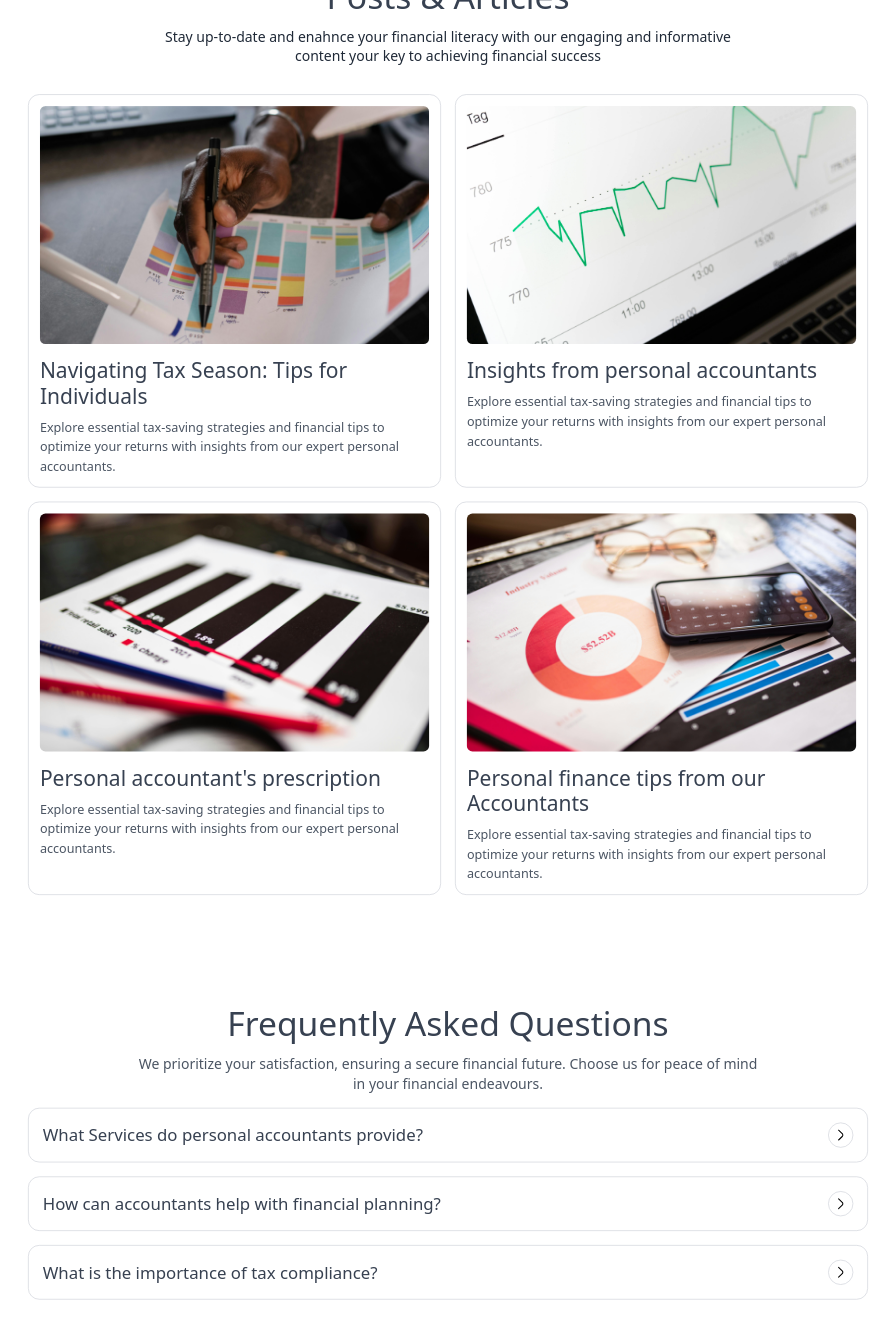
Repository: vespersolutionspk18/integrast-website
Page: /
These files come from the project's save history. The page is drawn as it stood at one moment and after the next save; the edit follows.
The browser window is 1280 px wide. The pictures show the part of the page from y = 1952 to 3872 px (the page is 3848 px tall before and 3872 px after), at 70% of full size.
The project was rebuilt for these pictures with package versions that can differ from the ones it lists, and the page was loaded fresh each time. The framework's server and built-in components were replaced by stand-ins that run in the browser. Also part of the build but not shown: next.config.ts.

Above is the page before, as saved 2024-12-12 14:36:05.

### app/layout.tsx
import type { Metadata } from "next";
import localFont from "next/font/local";
import "./globals.css";

const geistSans = localFont({
  src: "./fonts/GeistVF.woff",
  variable: "--font-geist-sans",
  weight: "100 900",
});
const geistMono = localFont({
  src: "./fonts/GeistMonoVF.woff",
  variable: "--font-geist-mono",
  weight: "100 900",
});

export const metadata: Metadata = {
  title: "Integra Strategy",
  description: "-",
};

export default function RootLayout({
  children,
}: Readonly<{
  children: React.ReactNode;
}>) {
  return (
    <html lang="en">
      <body
        className={`${geistSans.variable} ${geistMono.variable} antialiased`}
      >
        {children}
      </body>
    </html>
  );
}

### app/page.tsx
import Image from "next/image";
import Header from "./Header";
import Hero from "./Hero";
import Services from "./Services";
import Postsart from "./Postsart";
import Faqsection from "./Faqsection";

export default function Home() {
  return (
    <div>
      <Header />
      <Hero />
      <Services />
      <Postsart />
      <Faqsection />
    </div>
  );
}

### app/Hero.tsx
import React from 'react'
import ButtonArrowwhite from "@/public/assets/buttonarrowwhite.svg";
import ButtonArrow from "@/public/assets/buttonarrow.svg";
const Hero = () => {
  return (
    <div className="flex flex-col p-10 ">
        <div className="flex flex-row mt-24 h-[190px] gap-5 ">
            <div className="w-[55%] flex flex-col">
                <h1 className="font-light font-sans text-6xl text-gray-600">Unlock Prosperity, <span className="text-gray-800">Choose Expert Guidance</span></h1>
                <h4 className="text-xl font-sans font-light text-gray-900 mt-6">Embark on a transformative journey to financial prosperity with our personalized accountancy services</h4>
            </div>
            <div className="w-[45%] flex flex-col justify-between ">
                <h4 className="text-xl text-justify font-light font-sans text-gray-900">Unlock tailored strategies, benefit from insightful guidances, and follow a clear pathway to achieve your financial success. Elevate your financial journey with our dedicated support and expertise. Contact us today to start your journey towards financial freedom.</h4>
                <div className="flex flex-row gap-5 pt-10">
                <div>
                <div id="button"
  className="group  bg-white h-[44px] flex-row border-[1px] border-gray-700 text-gray-900 text-[16px] py-1 px-1 font-light rounded-full hidden md:flex items-center justify-between w-[170px] transition-width duration-500 ease-in-out  hover:w-[195px] hover:bg-gray-700 hover:border-gray-700 hover:text-white hover:cursor-pointer "

>
  <div className="mx-3 font-sans font-regular">Get In Touch</div>
  <div className="bg-gray-700 rounded-full h-[36px] w-[36px] flex items-center justify-center transition-transform duration-500 ease-in-out group-hover:rotate-45">
    <ButtonArrowwhite className="h-[24px] w-[24px]" />
  </div>
            </div>
                </div>
                <div>
                <div id="button"
  className="group  bg-gray-700 h-[44px] flex-row border-[1px] border-gray-700 text-white text-[16px] py-1 px-1 font-light rounded-full hidden md:flex items-center justify-between w-[170px] transition-width duration-500 ease-in-out  hover:w-[195px] hover:bg-white hover:border-gray-700 hover:text-gray-700 hover:cursor-pointer "

>
  <div className="mx-3 font-sans font-regular">Get a Quote</div>
  <div className="bg-white rounded-full h-[36px] w-[36px] flex items-center justify-center transition-transform duration-500 ease-in-out group-hover:rotate-45 group-hover:border-[1px] group-hover:border-gray-700">
    <ButtonArrow className="h-[24px] w-[24px]" />
  </div>
            </div>
                </div>

                </div>
            </div>
        </div>


        <div className="flex flex-row h-[380px] gap-4 mt-16">
            <div className="w-[70%] transition-all duration-500 ease-in-out hover:w-[90%] rounded-2xl bg-cover bg-center" style={{backgroundImage: `url('/assets/heroimage3.jpg')`}}></div>
            <div className="w-[30%] transition-all duration-500 ease-in-out hover:w-[40%] flex flex-col justify-between ">
                <div className="w-full h-full rounded-2xl bg-cover bg-center" style={{backgroundImage: `url('/assets/heroimage4.jpg')`}}></div>
                <h5 className="font-sans text-gray-900 text-justify text-xl mt-3  font-light">Tailored solutions, expert guidance, and strategic planning to secure your wealth and achieve your financial goals seamlessly</h5>
            </div>
        </div>
    </div>
  )
}

export default Hero

### app/Services.tsx
import React from 'react'
import ButtonArrowwhite from "@/public/assets/buttonarrowwhite.svg";
import ButtonArrow from "@/public/assets/buttonarrow.svg";
const Services = () => {
  return (
    <div className="flex flex-col p-10 mt-16 items-center ">
        <div className="flex flex-row items-start justify-start ">
            <div className="w-1/2 font-sans font-light text-5xl text-gray-700">We collaborate across diverse industry landscapes</div>
            <div className="w-1/2 font-sans text-gray-900 text-justify text-xl  font-light">Our commitment to fostering dynamic collaboration allows to navigate the unique challenges and intricacies of various sectors. Our versatile approach ensures tailored solutions that resonate with the distinct needs of each industry.</div>
        </div>
        <div className="flex flex-row gap-5 mt-16">
            <div className="rounded-2xl w-1/3 h-[540px] bg-cover bg-center flex items-end  " style={{backgroundImage: `url('/assets/audit.jpg')`}}>
            <div className="group">
  <div className="bg-white m-4  rounded-[12px] flex flex-col relative transition-all duration-500 ease-in-out hover:pb-[120px] min-h-[180px]">
    <h5 className="ml-5 mt-5 mr-5 mb-5 font-sans text-3xl text-gray-700 font-light">
      Accounting & Finance
    </h5>
    <p className="ml-5 mr-5 mb-5 text-justify font-sans font-light text-xl text-gray-600">
      We are committed to serving the public interest by providing objective assurance over data on which investors rely.
    </p>
    {/* Hidden div */}
    <div className="absolute bottom-5 left-5 text-xl font-sans font-light  text-gray-600 px-4 py-2 rounded-md opacity-0 invisible transition-all duration-500 group-hover:opacity-100 group-hover:visible hover:text-black hover:cursor-pointer  hover:underline">
      Learn More
    </div>
  </div>
</div>

</div>
            <div className="rounded-2xl w-1/3 h-[540px] bg-cover bg-center flex items-end" style={{backgroundImage: `url('/assets/tax.jpg')`}}>
            <div className="group">
  <div className="bg-white m-4  rounded-[12px] flex flex-col relative transition-all duration-500 ease-in-out hover:pb-[120px] min-h-[180px]">
    <h5 className="ml-5 mt-5 mr-5 mb-5 font-sans text-3xl text-gray-700 font-light">
      Tax & Legal
    </h5>
    <p className="ml-5 mr-5 mb-5 text-justify font-sans font-light text-xl text-gray-600">
      We are committed to serving the public interest by providing objective assurance over data on which investors rely.
    </p>
    {/* Hidden div */}
    <div className="absolute bottom-5 left-5 text-xl font-sans font-light  text-gray-600 px-4 py-2 rounded-md opacity-0 invisible transition-all duration-500 group-hover:opacity-100 group-hover:visible hover:text-black hover:cursor-pointer  hover:underline">
      Learn More
    </div>
  </div>
</div>
</div>
            <div className="rounded-2xl w-1/3 h-[540px] bg-cover bg-center flex items-end" style={{backgroundImage: `url('/assets/tech.jpg')`}}>
            <div className="group">
  <div className="bg-white m-4  rounded-[12px] flex flex-col relative transition-all duration-500 ease-in-out hover:pb-[120px] min-h-[180px]">
    <h5 className="ml-5 mt-5 mr-5 mb-5 font-sans text-3xl text-gray-700 font-light">
      Technology & IT
    </h5>
    <p className="ml-5 mr-5 mb-5 text-justify font-sans font-light text-xl text-gray-600">
      We are committed to serving the public interest by providing objective assurance over data on which investors rely.
    </p>
    {/* Hidden div */}
    <div className="absolute bottom-5 left-5 text-xl font-sans font-light  text-gray-600 px-4 py-2 rounded-md opacity-0 invisible transition-all duration-500 group-hover:opacity-100 group-hover:visible hover:text-black hover:cursor-pointer  hover:underline">
      Learn More
    </div>
  </div>
</div>
</div>
        </div>
        <div className="mt-8">
                <div id="button"
  className="group  bg-white h-[44px] flex-row border-[1px] border-gray-700 text-gray-900 text-[16px] py-1 px-1 font-light rounded-full hidden md:flex items-center justify-between w-[190px] transition-width duration-500 ease-in-out hover:cursor-pointer  hover:w-[215px] hover:bg-gray-700 hover:border-gray-700 hover:text-white "

>
  <div className="mx-3 font-sans font-regular">View all Services</div>
  <div className="bg-gray-700 rounded-full h-[36px] w-[36px] flex items-center justify-center transition-transform duration-500 ease-in-out group-hover:rotate-45">
    <ButtonArrowwhite className="h-[24px] w-[24px]" />
  </div>
            </div>
                </div>
    </div>
  )
}

export default Services

### app/Postsart.tsx
import React from 'react'

const Postsart = () => {
  return (
    <div className="w-full flex flex-col p-10 items-center mt-20">
        <h2 className="text-5xl font-sans text-gray-700 font-light">Posts & Articles</h2>
        <p className="font-sans text-xl text-gray-800 font-light text-center mt-5">Stay up-to-date and enahnce your financial literacy with our engaging and informative<br></br>content your key to achieving financial success</p>
        <div className="flex flex-row mt-10 gap-5 w-full">
            <div className="hover:border-black hover:cursor-pointer flex flex-col rounded-2xl w-1/2  border-[1px] p-4 border-gray-300">
            <div className="w-full h-[340px] rounded-[8px] bg-cover bg-center" style={{backgroundImage: `url('/assets/post1.jpg')`}}></div>
            <h5 className="font-sans font-light text-3xl mt-5 text-gray-700">Navigating Tax Season: Tips for Individuals</h5>
            <p className="font-sans font-light text-gray-600 text-lg mt-3">Explore essential tax-saving strategies and financial tips to optimize your returns with insights from our expert personal accountants.</p>
            </div>
            <div className="hover:border-black hover:cursor-pointer flex flex-col rounded-2xl w-1/2  border-[1px] p-4 border-gray-300">
            <div className="w-full h-[340px] rounded-[8px] bg-cover bg-center" style={{backgroundImage: `url('/assets/post2.jpg')`}}></div>
            <h5 className="font-sans font-light text-3xl mt-5 text-gray-700">Insights from personal accountants</h5>
            <p className="font-sans font-light text-gray-600 text-lg mt-3">Explore essential tax-saving strategies and financial tips to optimize your returns with insights from our expert personal accountants.</p>
            </div>
        </div>
        <div className=" flex flex-row mt-5 gap-5 w-full">
            <div className="hover:border-black hover:cursor-pointer flex flex-col rounded-2xl w-1/2  border-[1px] p-4 border-gray-300">
            <div className="w-full h-[340px] rounded-[8px] bg-cover bg-center" style={{backgroundImage: `url('/assets/post3.jpg')`}}></div>
            <h5 className="font-sans font-light text-3xl mt-5 text-gray-700">Personal accountant's prescription</h5>
            <p className="font-sans font-light text-gray-600 text-lg mt-3">Explore essential tax-saving strategies and financial tips to optimize your returns with insights from our expert personal accountants.</p>
            </div>
            <div className="hover:border-black hover:cursor-pointer flex flex-col rounded-2xl w-1/2  border-[1px] p-4 border-gray-300">
            <div className="w-full h-[340px] rounded-[8px] bg-cover bg-center" style={{backgroundImage: `url('/assets/post4.jpg')`}}></div>
            <h5 className="font-sans font-light text-3xl mt-5 text-gray-700">Personal finance tips from our Accountants</h5>
            <p className="font-sans font-light text-gray-600 text-lg mt-3">Explore essential tax-saving strategies and financial tips to optimize your returns with insights from our expert personal accountants.</p>
            </div>
        </div>
    </div>
  )
}

export default Postsart

### app/Faqsection.tsx
"use client";
import React, { useState } from "react";
import ButtonRight from "@/public/assets/right.svg";

const Faqsection = () => {
  // Array of FAQs
  const faqs = [
    {
      question: "What Services do personal accountants provide?",
      answer:
        "Personal accountants provide a variety of services, including tax preparation, financial planning, and investment advice. They also help manage budgets, track expenses, and ensure compliance with financial regulations.",
    },
    {
      question: "How can accountants help with financial planning?",
      answer:
        "Accountants assist in creating budgets, managing investments, and developing long-term financial strategies tailored to individual needs.",
    },
    {
      question: "What is the importance of tax compliance?",
      answer:
        "Tax compliance ensures that individuals and businesses meet their legal obligations, avoiding penalties and fostering financial stability.",
    },
  ];

  // State to track which FAQ is expanded
  const [expandedIndex, setExpandedIndex] = useState(null);

  // Toggle function
  const toggleSection = (index) => {
    setExpandedIndex((prevIndex) => (prevIndex === index ? null : index));
  };

  return (
    <div className="flex flex-col p-10 items-center mt-20">
      <h2 className="font-sans font-light text-5xl text-gray-700">
        Frequently Asked Questions
      </h2>
      <p className="font-sans mt-5 font-light text-xl text-gray-600 text-center">
        We prioritize your satisfaction, ensuring a secure financial future.
        Choose us for peace of mind
        <br />
        in your financial endeavours.
      </p>
      <div className="w-full flex flex-col gap-5 mt-5">
        {faqs.map((faq, index) => (
          <div
            key={index}
            className={`border-[1px] ${
              expandedIndex === index ? "border-gray-500" : "border-gray-300"
            } rounded-2xl p-5 flex flex-col transition-all duration-500`}
          >
            <div
              onClick={() => toggleSection(index)}
              className="flex flex-row justify-between items-center cursor-pointer"
            >
              <h5 className="font-sans font-light text-2xl text-gray-700">
                {faq.question}
              </h5>
              <div
                className={`bg-white border-[1px] border-gray-300 rounded-full h-[36px] w-[36px] flex items-center justify-center transition-transform duration-500 ease-in-out ${
                  expandedIndex === index ? "rotate-90" : "rotate-0, "
                }`}
              >
                <ButtonRight className="h-[24px] w-[24px]" />
              </div>
            </div>
            {/* Expandable content */}
            <div
              className={`overflow-hidden transition-all duration-500 ease-in-out ${
                expandedIndex === index ? "max-h-[200px] mt-5" : "max-h-0"
              }`}
            >
              <p className="text-gray-600 font-sans font-light text-lg">{faq.answer}</p>
            </div>
          </div>
        ))}
      </div>
    </div>
  );
};

export default Faqsection;

### app/GetinTouchSection.tsx
import React from 'react'

const GetinTouchSection = () => {
  return (
    <div>GetinTouchSection</div>
  )
}

export default GetinTouchSection

Loaded but not shown: app/globals.css (common file); app/Header.tsx (common file); tailwind.config.ts (common file)

After the next save:
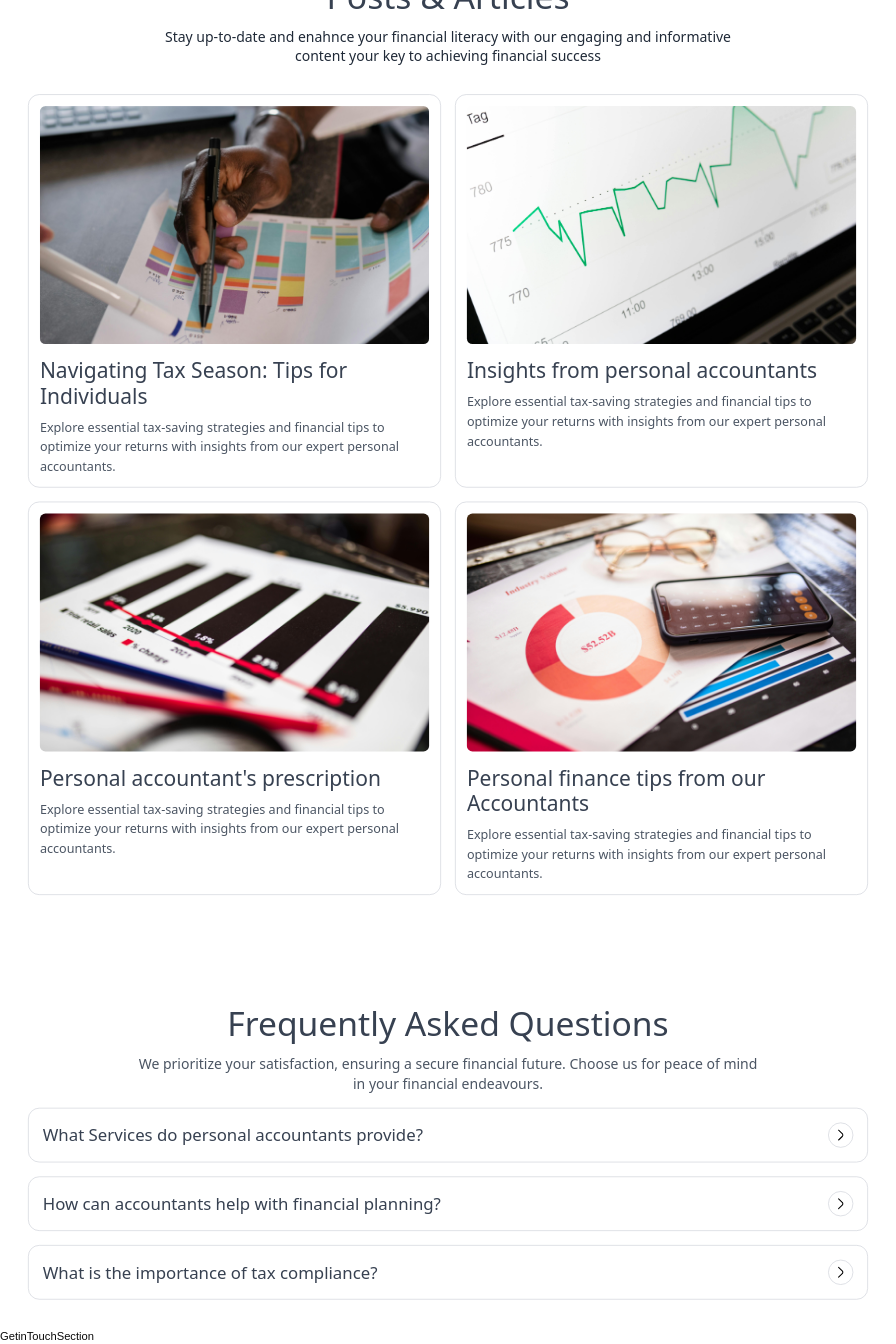
Saved 6 s later.
--- a/app/page.tsx
+++ b/app/page.tsx
@@ -4,6 +4,7 @@
 import Services from "./Services";
 import Postsart from "./Postsart";
 import Faqsection from "./Faqsection";
+import GetinTouchSection from "./GetinTouchSection";
 
 export default function Home() {
   return (
@@ -13,6 +14,7 @@
       <Services />
       <Postsart />
       <Faqsection />
+      <GetinTouchSection />
     </div>
   );
 }
